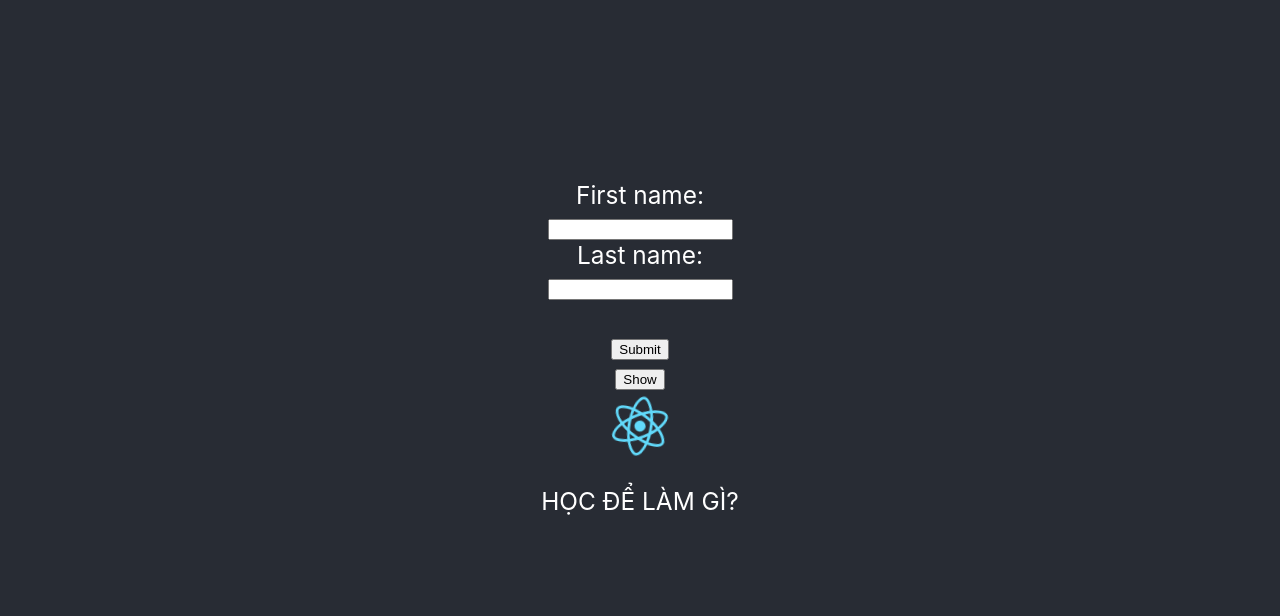
Repository: nguyennam1029/Reactjs-Hoi-Dan-It-1
Page: /
An editor plug-in stored every save of this project. The page is shown before and after the next save, followed by the edit.
The browser window is 1280 px wide. The pictures show the whole page.
The project was rebuilt for these pictures with package versions that can differ from the ones it lists, and the page was loaded fresh each time.

Above is the page before, as saved 2022-06-15 14:29:12.

### src/index.js
import React from 'react';
import ReactDOM from 'react-dom';
import './styles/global.scss';
import App from './views/App';
import reportWebVitals from './reportWebVitals';

// const root = ReactDOM.createRoot(document.getElementById('root'));
ReactDOM.render(
  <React.StrictMode>
    <App />
  </React.StrictMode>,
  document.getElementById('root')
);

// If you want to start measuring performance in your app, pass a function
// to log results (for example: reportWebVitals(console.log))
// or send to an analytics endpoint. Learn more: https://bit.ly/CRA-vitals
reportWebVitals();

### src/views/App.js
import logo from './logo.svg';
import './App.scss';
import MyComponent from './example/myComponent.js';
function App() {
  return (
    <div className="App">
      <header className="App-header">
        <MyComponent> </MyComponent>
        <img src={logo} className="App-logo" alt="logo" />
        <p>
          HỌC ĐỂ LÀM GÌ?
        </p>

      </header>
    </div>
  );
}

export default App;

### src/views/example/myComponent.js

import React from 'react';
import Childcomponent from './childcomponent';
import Formcomponent from './formComponent';
class MyComponent extends React.Component {
    state = {
        firstName : "",
        lastName : "",
        courses : [
            {id: 'course1',title : 'Khóa Html Css', description : 'Hay'},
            {id: 'course2',title : 'Khóa Javascript', description : 'Ngon'},
            {id: 'course3',title : 'Khóa ReactJs', description : 'Quá Hay'}
        ]
    }

    render() {

        return (
            <>
               <Formcomponent />
                <Childcomponent
                    courses = {this.state.courses}
                />

            </>
        )
    }

}
export default MyComponent;

### src/views/example/childcomponent.js
import React from 'react';
    // -CÁCH RENDER BẰNG CLASS COMPONENT
class Childcomponent extends React.Component {
    state = {
        showHide : false,
    }
    handelShowHide = ()=> {
            this.setState(
                {
                    showHide : !this.state.showHide
                }
            )
        }
    render() {
        //Destructuring assignment -: lưu ý: phải trùng key tưc trùng tên vs nhau
        console.log("vcl",this.props);

        let {courses} = this.props;
        let {showHide} = this.state;


        //if showHide === false thi hiện show còn k thì hiện hide
        return (
        <>
            {
                showHide === false ?

            <div>
                <button onClick={() => this.handelShowHide()}>Show</button>
            </div>

            :


            <>
                <div className='course-list'>
                    {
                        courses.map((item, index) => {
                            return (


                                <div className='courses-item' key={item.id}>
                                    <p>{item.title}-{item.description}</p>
                                </div>

                            )
                        })
                    }
                </div>

                <div>
                    <button onClick={()=> this.handelShowHide()}>Hide</button>
                </div>
            </>
            }
            </>


        )
    }
}
    // -CÁCH RENDER BẰNG ARROW FUNTION COMPONENT

// const Childcomponent = (props) => {
//        let {courses} = props;

//     return (
//         <>

//            <div className='course-list'>
//                {
//                    courses.map((item, index) => {
//                        return (
//                            <div className='courses-item' key={item.id}>
//                                <h2>{item.title}</h2>
//                                <p>{item.description}</p>
//                            </div>
//                        )
//                    })
//                }
//            </div>
//        </>
//     )
// }
export default Childcomponent;

### src/views/example/formComponent.js
import React from 'react';
class Formcomponent extends React.Component {
    state = {
        firstName : "",
        lastName : "",
    }
    handelChangeFirtname(e) {
        this.setState(
            {
                firstName: e.target.value
            }
        )
    }
    handelChangeLastname(e) {
        this.setState(
            {
                lastName: e.target.value
            }
        )
    }
    handleSubmit() {

    }
    render() {
        return (
            <>
                <form>
                    <label htmlFor="fname">First name:</label><br />
                    <input type="text"
                        value={this.state.firstName}
                        onChange={(e) => this.handelChangeFirtname(e)}
                    />
                    <br />
                    <label htmlFor="lname">Last name:</label><br />
                    <input type="text"
                        value={this.state.lastName}
                        onChange={(e)=> this.handelChangeLastname(e)}
                    />
                    <br /><br />
                    <input type="button" value="Submit" onClick={()=> this.handleSubmit()}/>
                </form>
            </>
        )
    }
}
export default Formcomponent

Loaded but not shown: public/index.html (common file); src/styles/global.scss (common file); src/reportWebVitals.js (common file); src/views/App.scss (common file)

After the next save:
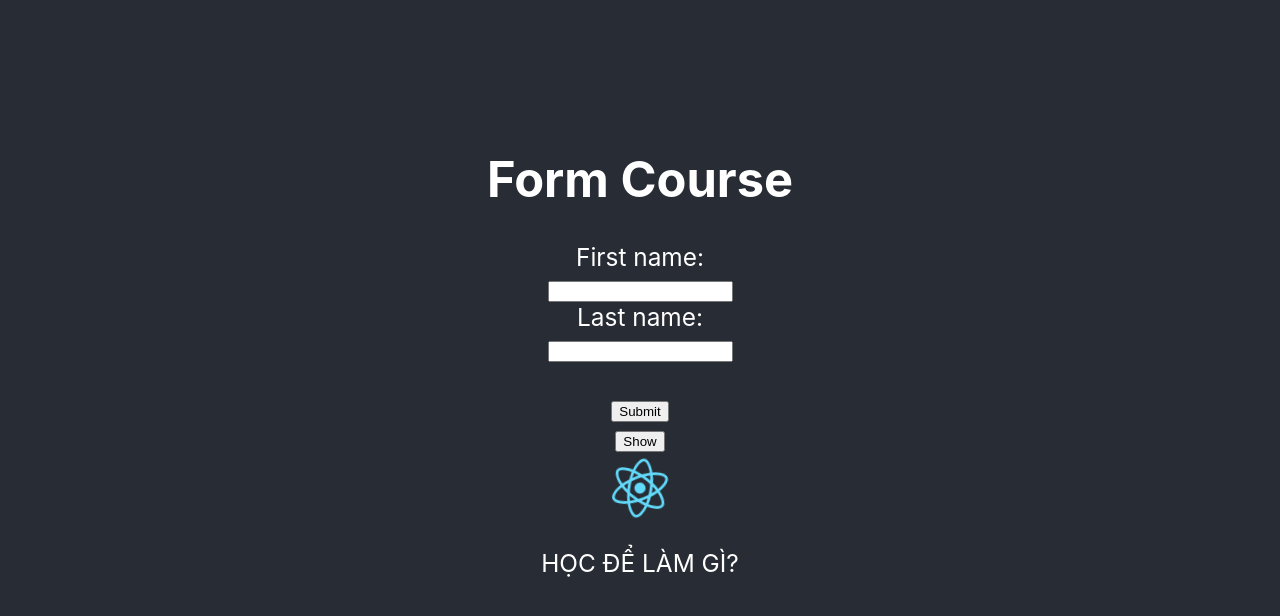
Saved 35 s later.
--- a/src/views/example/formComponent.js
+++ b/src/views/example/formComponent.js
@@ -25,6 +25,7 @@
         return (
             <>
                 <form>
+                    <h1>Form Course</h1>
                     <label htmlFor="fname">First name:</label><br />
                     <input type="text"
                         value={this.state.firstName}
